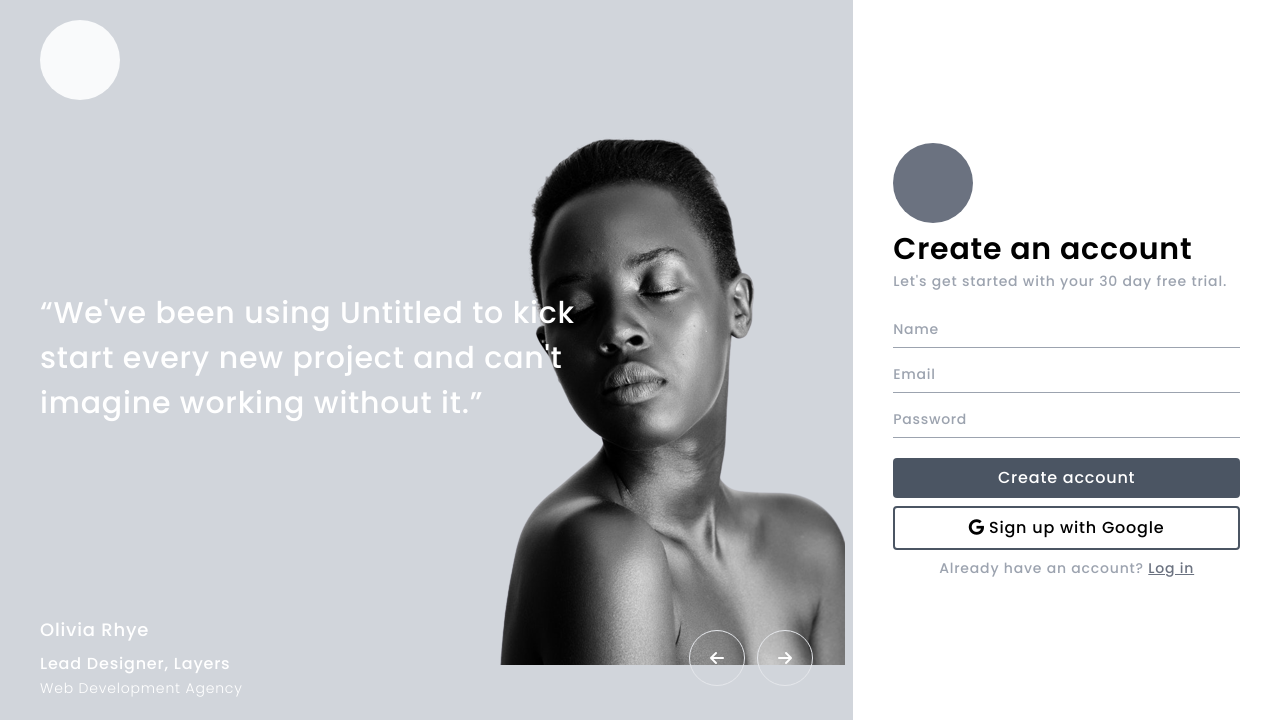
Repository: debthebuilder/youtube-html-contact-form-tailwindcss
Page: contact.html
These files come from the project's save history. The page is drawn as it stood at one moment and after the next save; the edit follows.
The browser window is 1280 px wide. The pictures show the whole page.
Some web libraries are served in a nearby version.

Above is the page before, as saved 2022-08-03 06:52:15.

After the next save:
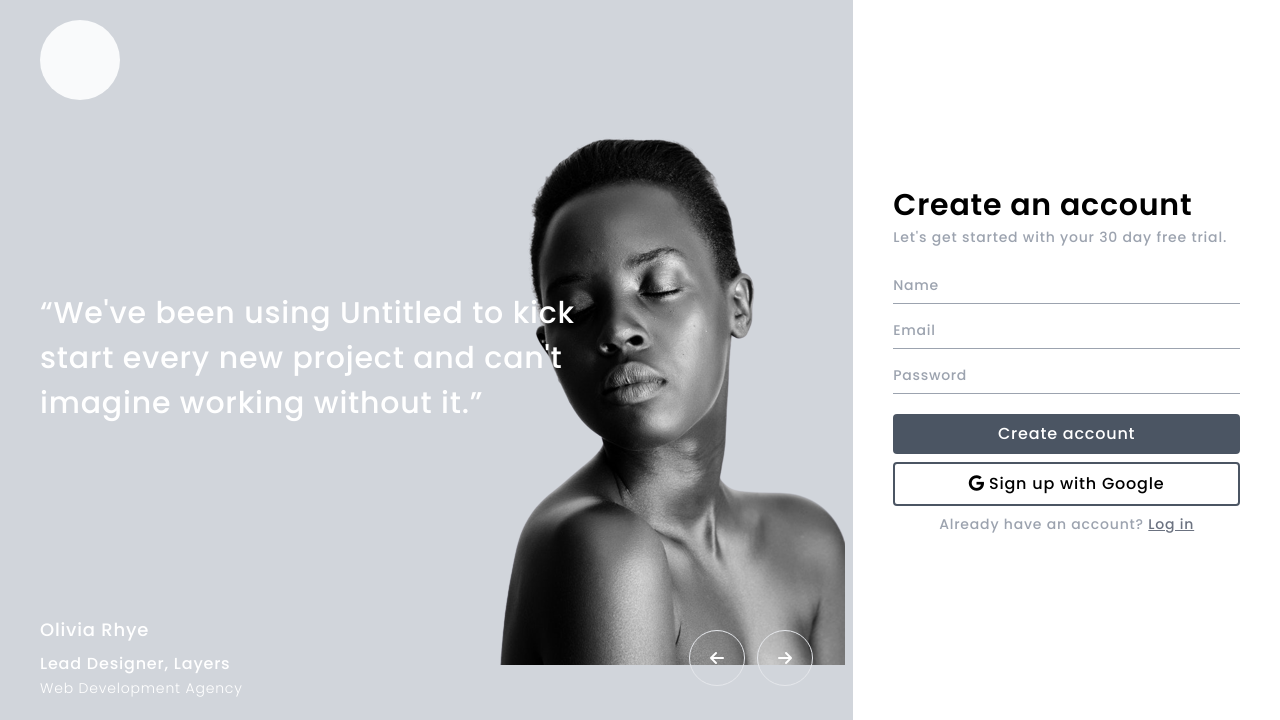
Saved 5 s later.
--- a/contact.html
+++ b/contact.html
@@ -39,7 +39,7 @@
         </div>
         <!--Form-->
         <div class="w-full md:w-2/6 px-3 md:px-10 flex flex-col justify-center">
-            <a href="#" class="block  mb-2">
+            <a href="#" class="block md:hidden mb-2">
                 <div class="w-20 h-20 bg-gray-500 rounded-full"></div>
             </a>
             <h2 class="text-2xl lg:text-3xl font-semibold">Create an account</h2>
